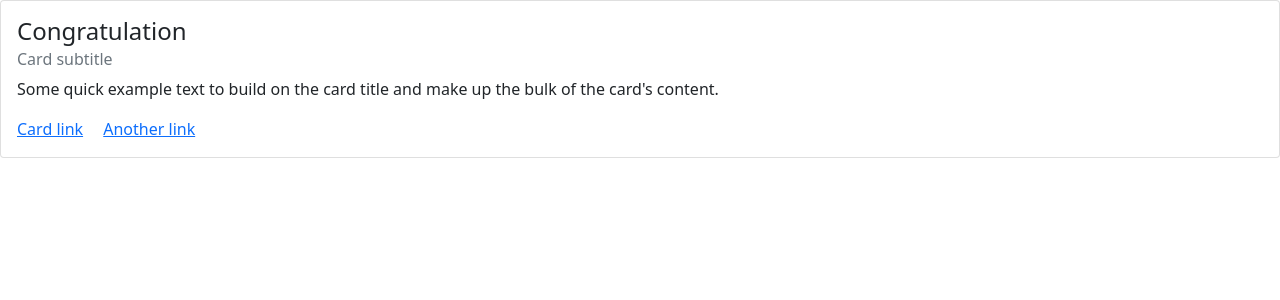
Repository: kjy4926/Javastudy
Page: http://localhost/web_service/signup
An editor plug-in stored every save of this project. The page is shown before and after the next save, followed by the edit.
The browser window is 1280 px wide. The pictures show the whole page.
The page is served by Tomcat 9. Other server files are loaded and not shown. Queries for data that is not in the repository find no rows.

Above is the page before, as saved 2022-06-03 05:10:26.

### jspworkspace/web_service/WebContent/docs/signupSuccess.jsp
<%@ page language="java" contentType="text/html; charset=UTF-8"
    pageEncoding="UTF-8"%>
<!DOCTYPE html>
<html>
<head>
	<meta charset="UTF-8">
	<title>Insert title here</title>
	<link href="https://cdn.jsdelivr.net/npm/bootstrap@5.1.3/dist/css/bootstrap.min.css" rel="stylesheet" integrity="sha384-1BmE4kWBq78iYhFldvKuhfTAU6auU8tT94WrHftjDbrCEXSU1oBoqyl2QvZ6jIW3" crossorigin="anonymous">
	<link href="${pageContext.request.contextPath}/docs/css/bootstrap.min.css" rel="stylesheet">
</head>
<body>
	<div class="card">
	  <div class="card-body">
	    <h4 class="card-title">Congratulation</h4>
	    <h6 class="card-subtitle mb-2 text-muted">Card subtitle</h6>
	    <p class="card-text">Some quick example text to build on the card title and make up the bulk of the card's content.</p>
	    <a href="#" class="card-link">Card link</a>
	    <a href="#" class="card-link">Another link</a>
	  </div>
	</div>
	<script src="https://cdn.jsdelivr.net/npm/bootstrap@5.1.3/dist/js/bootstrap.bundle.min.js" integrity="sha384-ka7Sk0Gln4gmtz2MlQnikT1wXgYsOg+OMhuP+IlRH9sENBO0LRn5q+8nbTov4+1p" crossorigin="anonymous"></script>
</body>
</html>

### jspworkspace/web_service/src/data_board/DispatcherServlet.java
package data_board;

import java.io.IOException;
import java.util.HashMap;

import javax.servlet.ServletException;
import javax.servlet.annotation.WebServlet;
import javax.servlet.http.HttpServlet;
import javax.servlet.http.HttpServletRequest;
import javax.servlet.http.HttpServletResponse;

@WebServlet("/")
public class DispatcherServlet extends HttpServlet {
	private HashMap<String, Handler> map = new HashMap<>();

	@Override
	public void init() throws ServletException {
		map.put("/idcheck", new IdCheck());
		map.put("/signup", new SignUp());
		map.put("/login", new Login());
	}

	@Override
	protected void doGet(HttpServletRequest req, HttpServletResponse resp) throws ServletException, IOException {
		process(req, resp);
	}

	@Override
	protected void doPost(HttpServletRequest req, HttpServletResponse resp) throws ServletException, IOException {
		process(req, resp);
	}

	private void process(HttpServletRequest req, HttpServletResponse resp) {
		String uri = req.getRequestURI();
		String ctxPath = req.getContextPath();
		String cmd = uri.substring(ctxPath.length());
		String prefix = "/docs/";
		String suffix = ".jsp";
		String viewPage = "";
		try {
			Handler handler = map.get(cmd);
			if(cmd.equals("/index")) {
				viewPage = "index";
			}
			else if(cmd.equals("/loginform")) {
				viewPage = "login";
			}
			else if(cmd.equals("/signupform")) {
				viewPage = "signup";
			}
			else if(handler == null) {
				return;
			}else {
				viewPage = handler.handling(req, resp);
			}
			req.getRequestDispatcher(prefix + viewPage + suffix).forward(req, resp);
		} catch(Exception e) {
			e.printStackTrace();
		}
	}
}

### jspworkspace/web_service/src/data_board/Handler.java
package data_board;

import java.io.IOException;

import javax.servlet.ServletException;
import javax.servlet.http.HttpServletRequest;
import javax.servlet.http.HttpServletResponse;

public interface Handler {
	public String handling(HttpServletRequest req, HttpServletResponse resp) throws ServletException, IOException;
}

### jspworkspace/web_service/src/data_board/IdCheck.java
package data_board;

import java.io.IOException;
import java.io.PrintWriter;

import javax.servlet.ServletException;
import javax.servlet.http.HttpServletRequest;
import javax.servlet.http.HttpServletResponse;

public class IdCheck implements Handler{
	@Override
	public String handling(HttpServletRequest req, HttpServletResponse resp) throws ServletException, IOException {
		MemberDAO mdao = MemberDAO.getInstance();
		PrintWriter out = resp.getWriter();
		int idcheck = 0;
		// 중복이 아니라면
		if(!mdao.idDuplicateCheck(req.getParameter("userId"))) {
			idcheck= 1;
		}
		req.setAttribute("idcheck", idcheck);
		return "idcheck";
	}
}

### jspworkspace/web_service/src/data_board/SignUp.java
package data_board;

import java.io.IOException;

import javax.servlet.ServletException;
import javax.servlet.http.HttpServletRequest;
import javax.servlet.http.HttpServletResponse;

public class SignUp implements Handler{

	@Override
	public String handling(HttpServletRequest req, HttpServletResponse resp) throws ServletException, IOException {
		// TODO Auto-generated method stub
		MemberDAO mdao = MemberDAO.getInstance();
		MemberDTO mdto = new MemberDTO();
		mdto.setId(req.getParameter("id"));
		mdto.setPwd(req.getParameter("pwd"));
		mdto.setEmail(req.getParameter("email"));
		mdao.signUp(mdto);
		return "signupSuccess";
	}
}

### jspworkspace/web_service/src/data_board/Login.java
package data_board;

import java.io.IOException;

import javax.servlet.ServletException;
import javax.servlet.http.HttpServletRequest;
import javax.servlet.http.HttpServletResponse;

public class Login implements Handler{

	@Override
	public String handling(HttpServletRequest req, HttpServletResponse resp) throws ServletException, IOException {
		// TODO Auto-generated method stub
		return "login";
	}

}

### jspworkspace/web_service/src/data_board/MemberDAO.java
package data_board;

import java.sql.Connection;
import java.sql.PreparedStatement;
import java.sql.ResultSet;
import java.sql.SQLException;
import java.sql.Timestamp;
import java.time.LocalDateTime;

public class MemberDAO {
	private static MemberDAO instance = null;
	private MemberDAO() {}

	public static MemberDAO getInstance() {
		if(instance==null) {
			synchronized (MemberDAO.class) {
				instance = new MemberDAO();
			}
		}
		return instance;
	}
	public boolean idDuplicateCheck(String id) {
		boolean result = false;
		ResultSet rs = null;
		String sql = "SELECT id FROM member WHERE id = ?";
		try(Connection conn = DBCP.getConnection();
			PreparedStatement psmt = conn.prepareStatement(sql)){
			psmt.setString(1, id);
			rs = psmt.executeQuery();
			if(rs.next()) result = true;
		}catch(SQLException e) {
			e.printStackTrace();
		}finally{
			if(rs != null) try {rs.close();} catch (SQLException e) {}
		}
		return result;
	}
	public boolean signUp(MemberDTO mdto) {
		boolean result = false;
		String sql = "INSERT INTO memeber VALUES(?, ?, ?, ?)";
		try(Connection conn = DBCP.getConnection();
			PreparedStatement psmt = conn.prepareStatement(sql)){
			psmt.setString(1, mdto.getId());
			psmt.setString(2, mdto.getPwd());
			psmt.setString(3, mdto.getEmail());
			psmt.setTimestamp(4, Timestamp.valueOf(LocalDateTime.now()));
			int rowCount = psmt.executeUpdate();
			if(rowCount > 0) result=true;
		} catch(SQLException e) {
			e.printStackTrace();
		}
		return result;
	}
}

### jspworkspace/web_service/src/data_board/MemberDTO.java
package data_board;

import java.sql.Timestamp;

public class MemberDTO {
	private String id;
	private String pwd;
	private String email;
	private Timestamp signupdate;
	public String getId() {
		return id;
	}
	public void setId(String id) {
		this.id = id;
	}
	public String getPwd() {
		return pwd;
	}
	public void setPwd(String pwd) {
		this.pwd = pwd;
	}
	public String getEmail() {
		return email;
	}
	public void setEmail(String email) {
		this.email = email;
	}
	public Timestamp getSignupdate() {
		return signupdate;
	}
	public void setSignupdate(Timestamp signupdate) {
		this.signupdate = signupdate;
	}
}

### jspworkspace/web_service/src/data_board/DBCP.java
package data_board;

import java.sql.Connection;
import java.sql.SQLException;
import javax.naming.Context;
import javax.naming.InitialContext;
import javax.sql.DataSource;

public class DBCP {
	private static DataSource ds = null;
	static{
		try {
			Context init = new InitialContext();
			ds = (DataSource)init.lookup("java:comp/env/jdbc/myOracle");
		} catch(Exception e) {
			System.err.println("Connection 실패");
		}
	}
	public static Connection getConnection() throws SQLException{
		return ds.getConnection();
	}
}

After the next save:
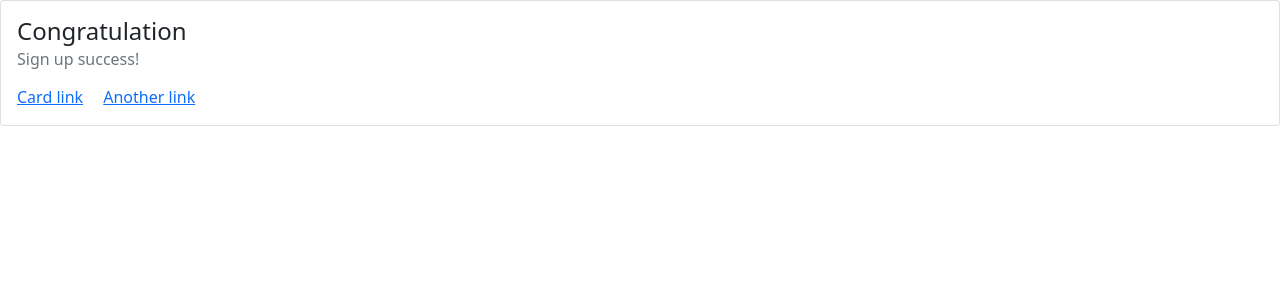
Saved 49 s later.
--- a/jspworkspace/web_service/WebContent/docs/signupSuccess.jsp
+++ b/jspworkspace/web_service/WebContent/docs/signupSuccess.jsp
@@ -12,8 +12,8 @@
 	<div class="card">
 	  <div class="card-body">
 	    <h4 class="card-title">Congratulation</h4>
-	    <h6 class="card-subtitle mb-2 text-muted">Card subtitle</h6>
-	    <p class="card-text">Some quick example text to build on the card title and make up the bulk of the card's content.</p>
+	    <h6 class="card-subtitle mb-2 text-muted">Sign up success!</h6>
+	    <p class="card-text"></p>
 	    <a href="#" class="card-link">Card link</a>
 	    <a href="#" class="card-link">Another link</a>
 	  </div>
